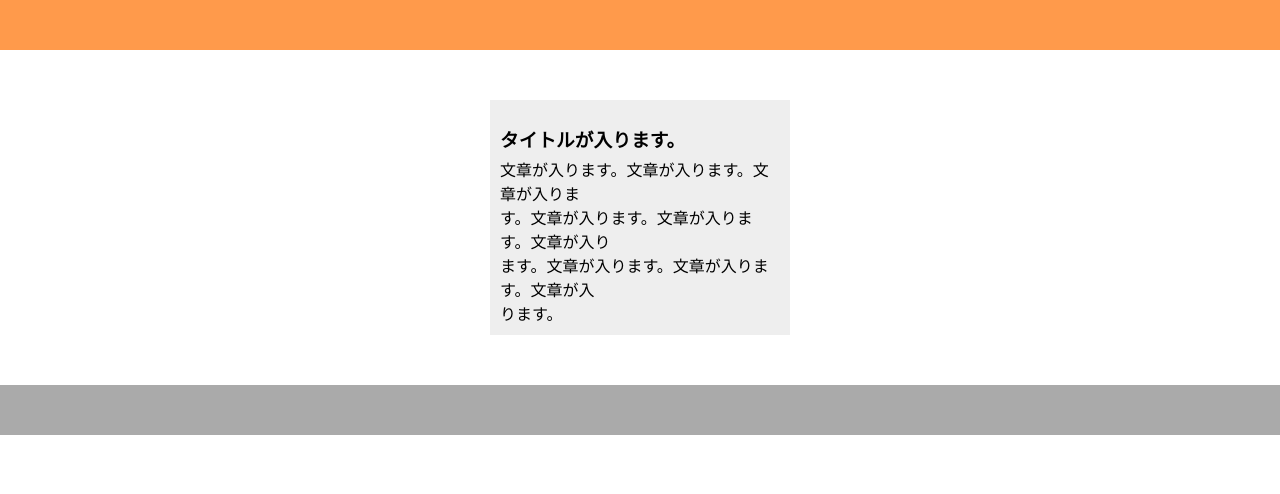
Repository: tkikokiko/webcamp-practice
Page: 1-9/index1-9-2.html
The author's editor kept a record of every edit. The page is drawn from the files as they stood at one moment, then again after the next edit.
The browser window is 1280 px wide. The pictures show the whole page.

Above is the page before.

### 1-9/index1-9-2.html
<!DOCTYPE html>
<html lang="ja">
  <head>
    <meta charset="utf-8" />
    <link rel="stylesheet" href="style1-9-2.css" type="text/css" />
    <title>kadai1-9-2</title>
  </head>

  <body>
    <header></header>

    <main>
      <div class="main-box">
        <div class="main-image"></div>
        <div class="main-step"></div>
        <div class="main-contents">
          <h3 class="main-title">タイトルが入ります。</h3>
          <p class="main-text">
            文章が入ります。文章が入ります。文章が入りま <br>
            す。文章が入ります。文章が入ります。文章が入り <br>
            ます。文章が入ります。文章が入ります。文章が入 <br>
            ります。
          </p>
        </div>
      </div>

    </main>

    <footer></footer>

  </body>
</html>

### 1-9/style1-9-2.css
* {
  margin: 0;
  padding: 0;
  box-sizing: border-box;
}

header {
  width: 100%;
  height: 50px;
  background-color: #ff9a4b;
}

main {
  margin: 50px auto;
  width: 960px;
  display: flex;
  justify-content: center;
}

.main-box {
  width: 300px;
  margin-right: 30px;
  /*padding: 10px;*/
  background-color: #eeeeee;
  position: relative;
}

.main-box:last-child {
  margin-right: 0;
}

.main-step {
  position: absolute;
  top: 0;
  left: 0;
  color: #ffffff;
  display: inline-block;
  background-color: #ff9a4b;
}

.main-contents {
  width: 300px;
  padding: 10px;
}

.main-image1 {
  height: 150px;
  padding: 10px;
  background-image: url(img/flow01.png);
  background-size: cover;
  background-position: bottom;
}

.main-image2 {
  height: 150px;
  background-image: url(img/flow02.png);
  background-size: cover;
  background-position: bottom;
}

.main-image3 {
  height: 150px;
  background-image: url(img/flow03.png);
  background-size: cover;
  background-position: bottom;
}

.main-title {
  margin: 15px 0 5px;
  /*display: inline-block;*/
  /*padding-top: 15px;*/
}

/*.main-text {*/
/*  display: inline-block;*/
/*  margin-top: 5px;*/
/*  font-size: 12px;*/
/*}*/


footer {
  width: 100%;
  height: 50px;
  background-color: #aaaaaa;
}

After the next edit:
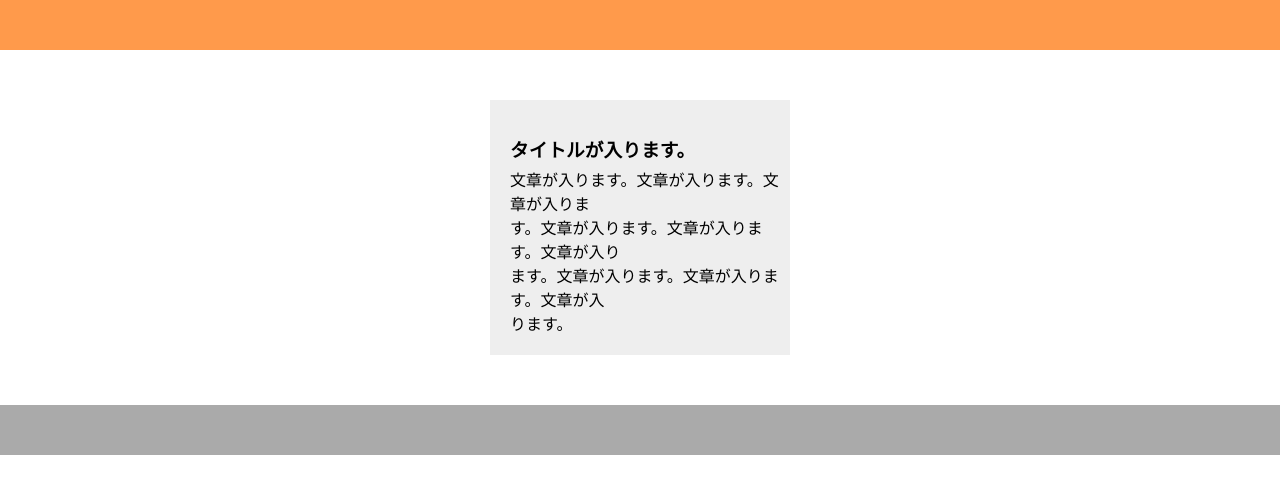
The edit:
--- a/1-9/style1-9-2.css
+++ b/1-9/style1-9-2.css
@@ -20,7 +20,7 @@
 .main-box {
   width: 300px;
   margin-right: 30px;
-  /*padding: 10px;*/
+  padding: 10px;
   background-color: #eeeeee;
   position: relative;
 }

After the edit that followed:
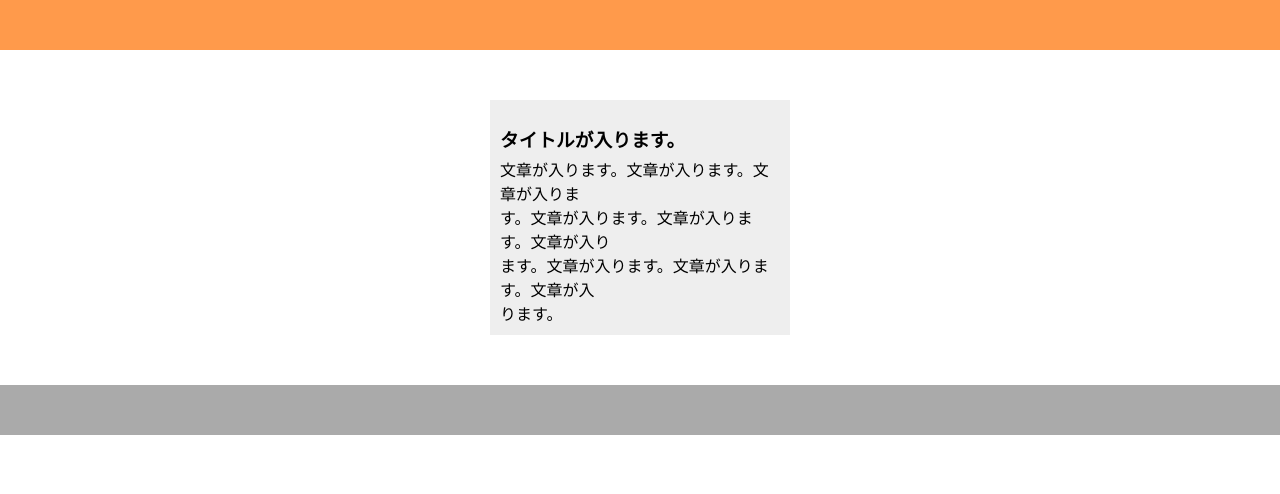
The edit:
--- a/1-9/style1-9-2.css
+++ b/1-9/style1-9-2.css
@@ -38,10 +38,10 @@
   background-color: #ff9a4b;
 }
 
-.main-contents {
-  width: 300px;
-  padding: 10px;
-}
+/*.main-contents {*/
+/*  width: 300px;*/
+/*  padding: 10px;*/
+/*}*/
 
 .main-image1 {
   height: 150px;
